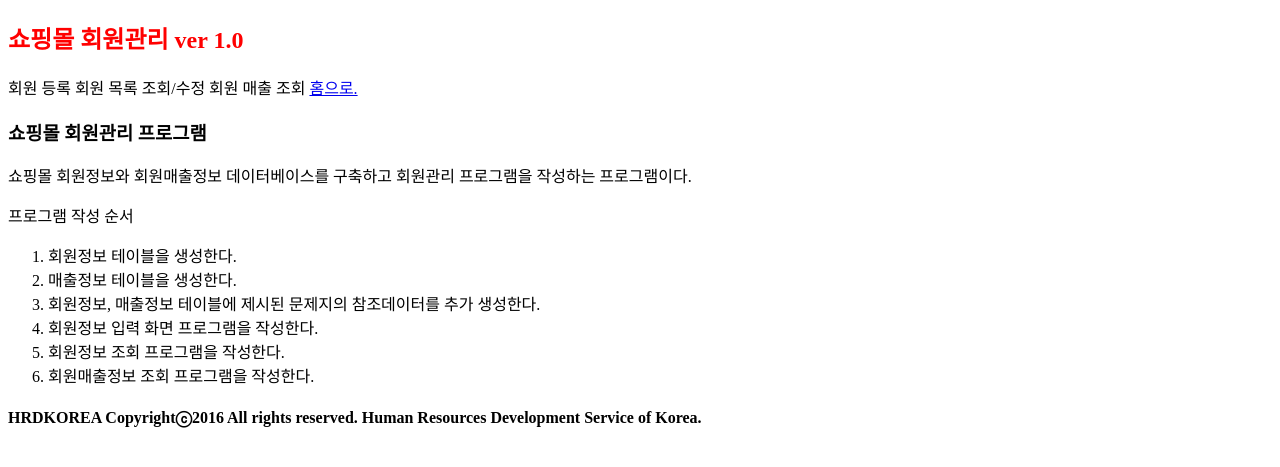
Repository: brightjy/Today-what-I-practiced
Page: http://localhost/HRD_900108/main/main.jsp
These files come from the project's save history. The page is drawn as it stood at one moment and after the next save; the edit follows.
The browser window is 1280 px wide. The pictures show the whole page.
The page is served by Tomcat 9.

Above is the page before, as saved 2020-05-09 11:24:07.

### hrdkorea_0509/HRD_900108/WebContent/main/main.jsp
<%@ page language="java" contentType="text/html; charset=UTF-8"
    pageEncoding="UTF-8"%>
<!DOCTYPE html>
<html>
<head>
<meta charset="UTF-8">
<title>Insert title here</title>
<link rel="stylesheet" href="${conPath }/css/style.css">
</head>
<body>
	<jsp:include page="../main/header.jsp"/>
	<section>
		<h3>쇼핑몰 회원관리 프로그램</h3>
		<p>쇼핑몰 회원정보와 회원매출정보 데이터베이스를 구축하고 회원관리 프로그램을 작성하는 프로그램이다.</p>
		<p>프로그램 작성 순서</p>
		<ol>
			<li>회원정보 테이블을 생성한다.</li>
			<li>매출정보 테이블을 생성한다.</li>
			<li>회원정보, 매출정보 테이블에 제시된 문제지의 참조데이터를 추가 생성한다.</li>
			<li>회원정보 입력 화면 프로그램을 작성한다.</li>
			<li>회원정보 조회 프로그램을 작성한다.</li>
			<li>회원매출정보 조회 프로그램을 작성한다.</li>
		</ol>
	</section>
	<jsp:include page="../main/footer.jsp"/>
</body>
</html>

### hrdkorea_0509/HRD_900108/WebContent/main/header.jsp
<%@ page language="java" contentType="text/html; charset=UTF-8"
    pageEncoding="UTF-8"%>
<c:set var="conPath" value="${pageContext.request.contextPath }"/>
<!DOCTYPE html>
<html>
<head>
<meta charset="UTF-8">
<title>Insert title here</title>
<link rel="stylesheet" href="${conPath }/css/style.css">
</head>
<body>
	<header>
		<h2>쇼핑몰 회원관리 ver 1.0</h2>
	</header>
	<nav>
		<a>회원 등록</a>
		<a>회원 목록 조회/수정</a>
		<a>회원 매출 조회</a>
		<a href="main.do">홈으로.</a>
	</nav>
</body>
</html>

### hrdkorea_0509/HRD_900108/WebContent/main/footer.jsp
<%@ page language="java" contentType="text/html; charset=UTF-8"
    pageEncoding="UTF-8"%>
<!DOCTYPE html>
<html>
<head>
<meta charset="UTF-8">
<title>Insert title here</title>
</head>
<body>
	<footer>
		<h4>HRDKOREA Copyrightⓒ2016 All rights reserved. Human Resources Development Service of Korea.</h4>
	</footer>
</body>
</html>

### hrdkorea_0509/HRD_900108/WebContent/css/style.css
@charset "UTF-8";

header h2{
	color:red;
}

After the next save:
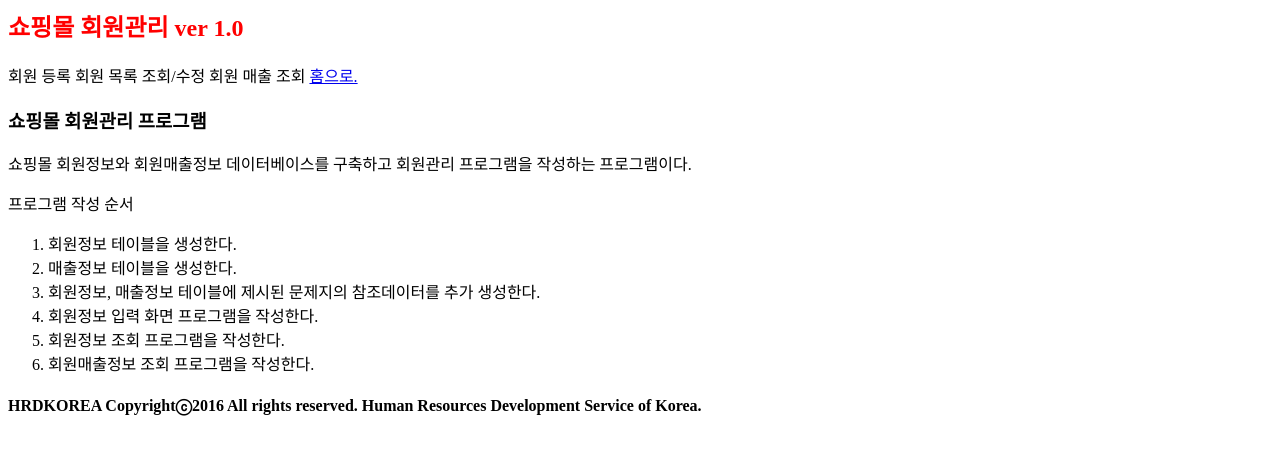
Saved 12 s later.
--- a/hrdkorea_0509/HRD_900108/WebContent/main/main.jsp
+++ b/hrdkorea_0509/HRD_900108/WebContent/main/main.jsp
@@ -1,5 +1,6 @@
 <%@ page language="java" contentType="text/html; charset=UTF-8"
     pageEncoding="UTF-8"%>
+   <c:set var="conPath" value="${pageContext.request.contextPath }"/>
 <!DOCTYPE html>
 <html>
 <head>

After the 3 saves that followed:
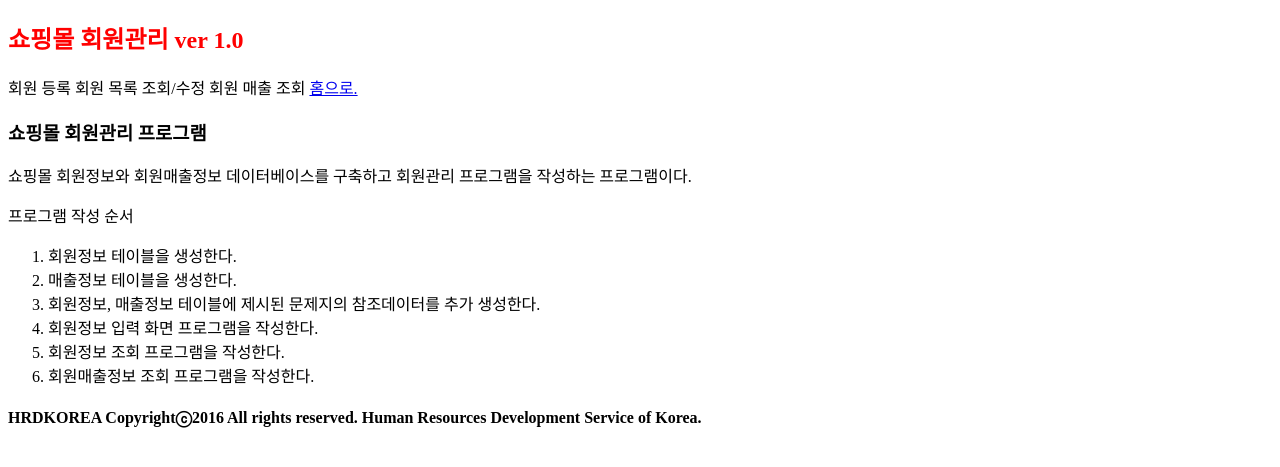
The 3 saves are shown as one change because 2 left the picture as it was.
The last was saved 90 s later.
--- a/hrdkorea_0509/HRD_900108/WebContent/main/main.jsp
+++ b/hrdkorea_0509/HRD_900108/WebContent/main/main.jsp
@@ -1,12 +1,11 @@
 <%@ page language="java" contentType="text/html; charset=UTF-8"
     pageEncoding="UTF-8"%>
-   <c:set var="conPath" value="${pageContext.request.contextPath }"/>
 <!DOCTYPE html>
 <html>
 <head>
 <meta charset="UTF-8">
 <title>Insert title here</title>
-<link rel="stylesheet" href="${conPath }/css/style.css">
+<link rel="stylesheet" href="../css/style.css">
 </head>
 <body>
 	<jsp:include page="../main/header.jsp"/>
--- a/hrdkorea_0509/HRD_900108/WebContent/main/header.jsp
+++ b/hrdkorea_0509/HRD_900108/WebContent/main/header.jsp
@@ -1,12 +1,11 @@
 <%@ page language="java" contentType="text/html; charset=UTF-8"
     pageEncoding="UTF-8"%>
-<c:set var="conPath" value="${pageContext.request.contextPath }"/>
 <!DOCTYPE html>
 <html>
 <head>
 <meta charset="UTF-8">
 <title>Insert title here</title>
-<link rel="stylesheet" href="${conPath }/css/style.css">
+<link rel="stylesheet" href="../css/style.css">
 </head>
 <body>
 	<header>
